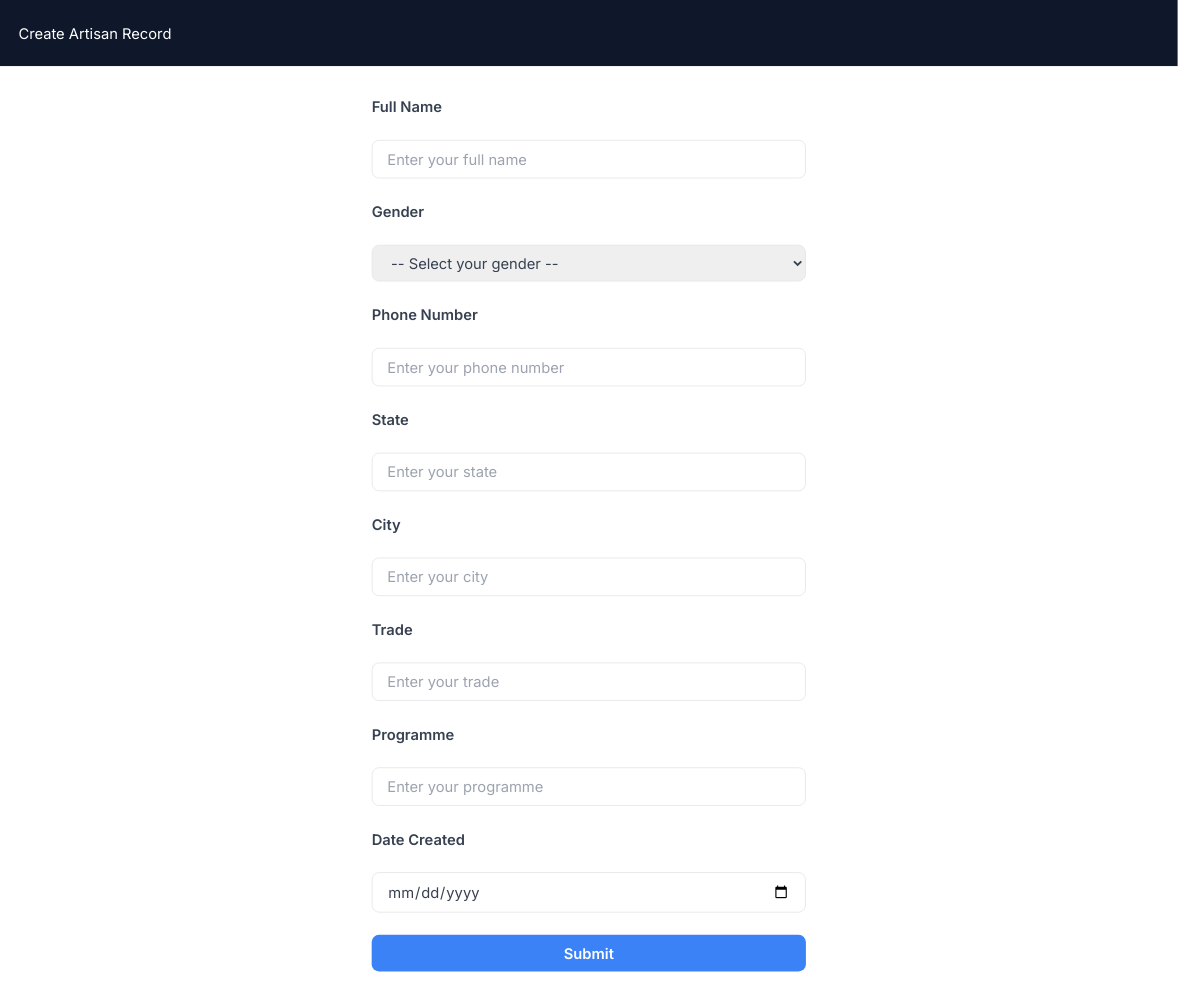
Repository: marcusdashe/artisanindex_frontend
Page: /components/CreateArtisan
The author's editor kept a copy of each file at every save. The page is drawn from the files as they stood at one save, then again after the next save.
The browser window is 1280 px wide. The pictures show the whole page, at 92% of full size.
The project was rebuilt for these pictures with package versions that can differ from the ones it lists, and the page was loaded fresh each time. The framework's server and built-in components were replaced by stand-ins that run in the browser. Also part of the build but not shown: next.config.js.

Above is the page before, as saved 2023-03-09 11:25:07.

After the next save:
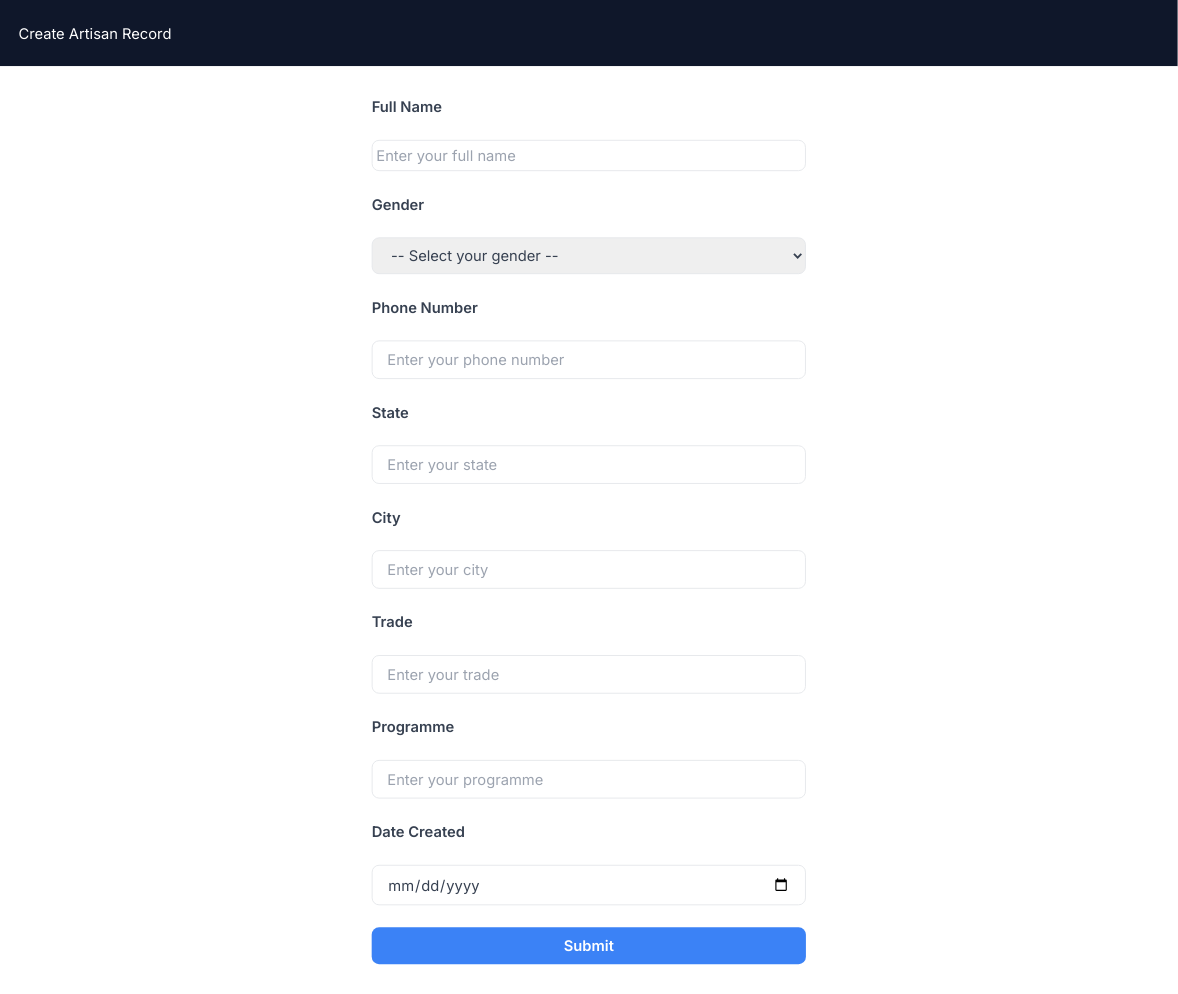
Saved 28 s later.
--- a/pages/components/CreateArtisan.js
+++ b/pages/components/CreateArtisan.js
@@ -41,7 +41,7 @@
               value={formData.fullName}
               onChange={handleInputChange}
               placeholder="Enter your full name"
-              className="px-4 py-2 border rounded-lg text-gray-700 focus:outline-none focus:border-blue-500 focus:shadow-outline-blue"
+              className="px-1 py-1 border rounded-lg text-gray-700 focus:outline-none focus:border-blue-500 focus:shadow-outline-blue"
               required
             />
 

After the save that followed:
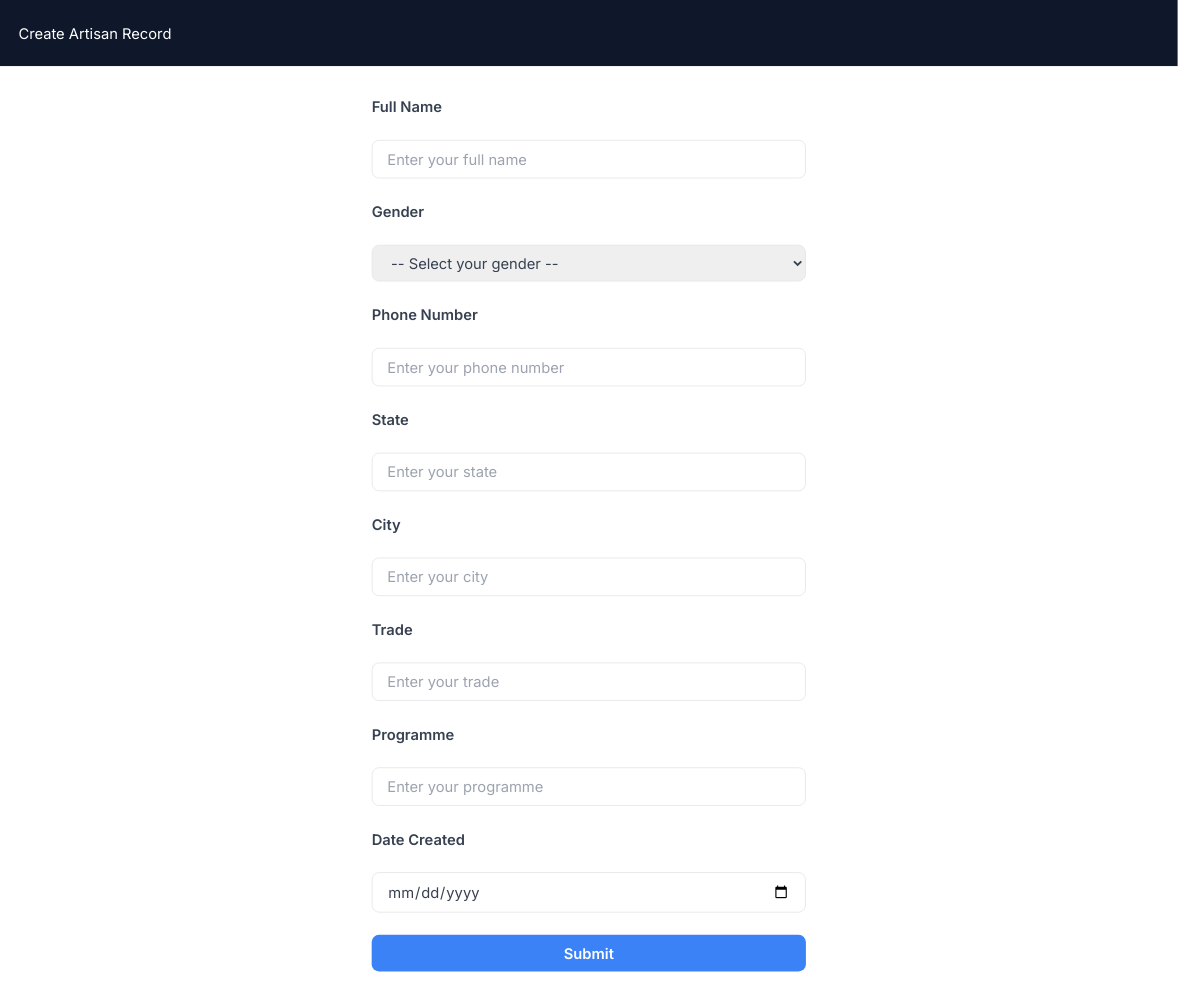
Saved 9 s later.
--- a/pages/components/CreateArtisan.js
+++ b/pages/components/CreateArtisan.js
@@ -41,7 +41,7 @@
               value={formData.fullName}
               onChange={handleInputChange}
               placeholder="Enter your full name"
-              className="px-1 py-1 border rounded-lg text-gray-700 focus:outline-none focus:border-blue-500 focus:shadow-outline-blue"
+              className="px-4 py-2 border rounded-lg text-gray-700 focus:outline-none focus:border-blue-500 focus:shadow-outline-blue"
               required
             />
 
